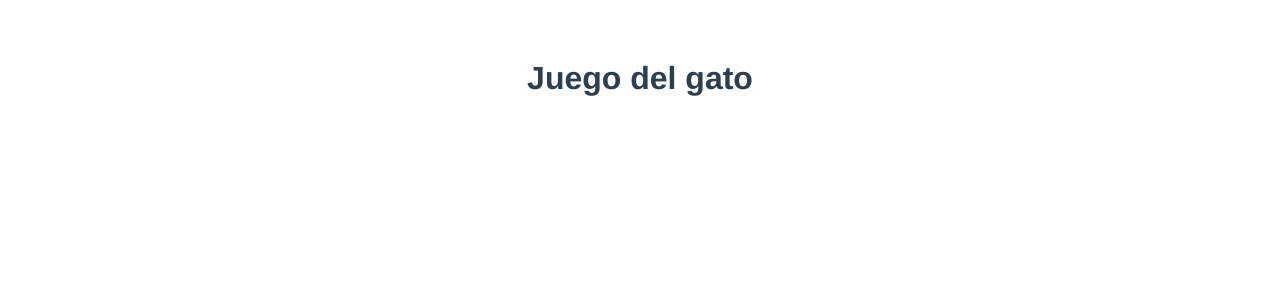
Repository: franciscamanquecheo/Taller-2
Page: / (app in vite-project/)
An editor plug-in stored every save of this project. The page is shown before and after the next save, followed by the edit.
The browser window is 1280 px wide. The pictures show the whole page.
The project was rebuilt for these pictures with package versions that can differ from the ones it lists, and the page was loaded fresh each time. Also part of the build but not shown: vite-project/vite.config.ts.

Above is the page before, as saved 2022-06-17 15:46:13.

After the next save:
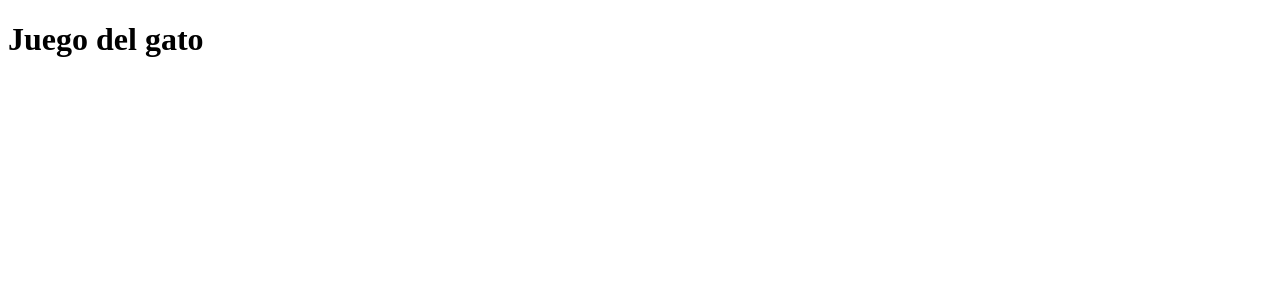
Saved 10 min 8 s later.
--- a/vite-project/src/App.vue
+++ b/vite-project/src/App.vue
@@ -7,14 +7,3 @@ import HelloWorld from './components/HelloWorld.vue'
 <template>
  <h1>Juego del gato</h1>
 </template>
-
-<style>
-#app {
-  font-family: Avenir, Helvetica, Arial, sans-serif;
-  -webkit-font-smoothing: antialiased;
-  -moz-osx-font-smoothing: grayscale;
-  text-align: center;
-  color: #2c3e50;
-  margin-top: 60px;
-}
-</style>

After the 4 saves that followed:
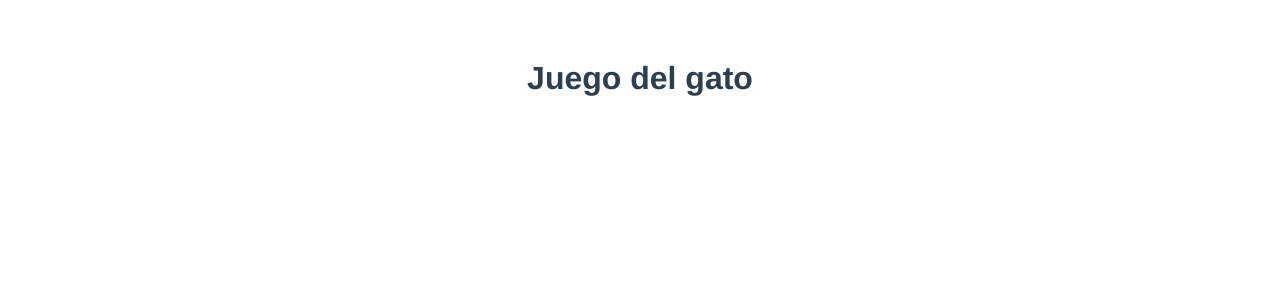
The 4 saves are shown as one change because 3 left the picture as it was.
The last was saved 13 min 40 s later.
--- a/vite-project/src/App.vue
+++ b/vite-project/src/App.vue
@@ -7,3 +7,14 @@ import HelloWorld from './components/HelloWorld.vue'
 <template>
  <h1>Juego del gato</h1>
 </template>
+
+<style>
+#app {
+  font-family: Avenir, Helvetica, Arial, sans-serif;
+  -webkit-font-smoothing: antialiased;
+  -moz-osx-font-smoothing: grayscale;
+  text-align: center;
+  color: #2c3e50;
+  margin-top: 60px;
+}
+</style>
